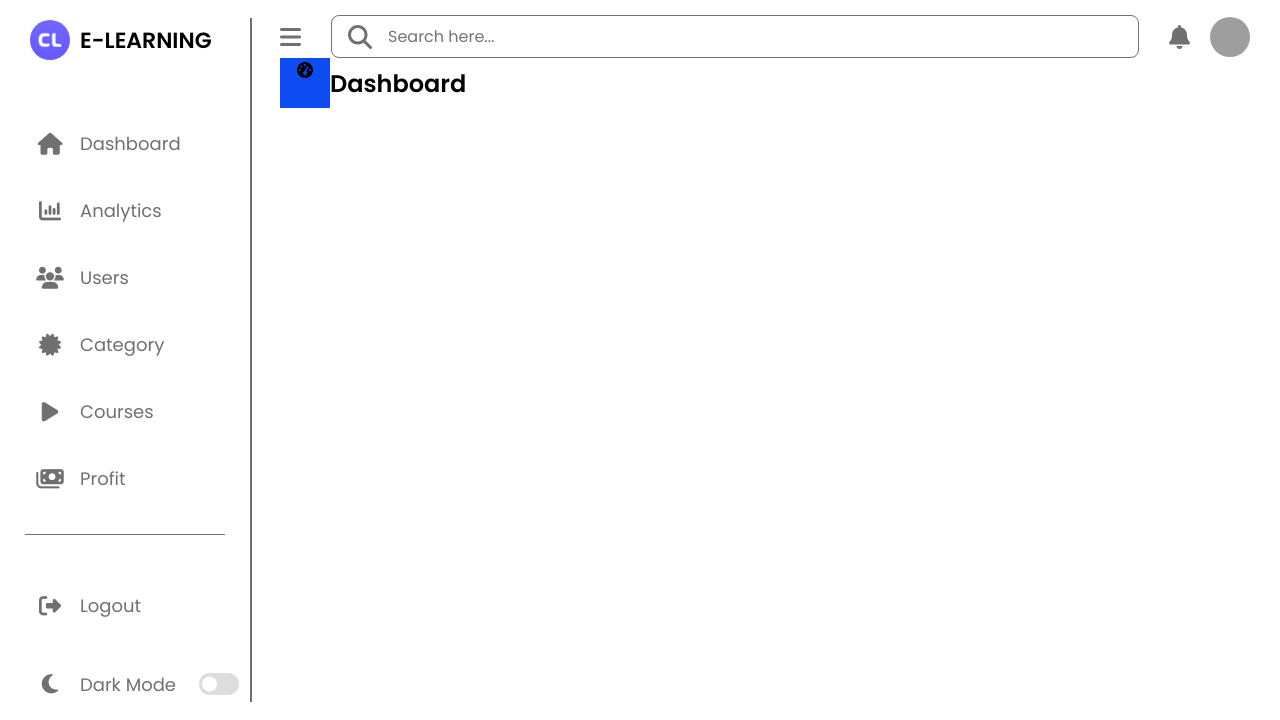
Repository: phamngocthang/practice-html-css
Page: Admin/dist/index.html
An editor plug-in stored every save of this project. The page is shown before and after the next save, followed by the edit.
The browser window is 1280 px wide. The pictures show the whole page.
Pictures or frames that could not be fetched are drawn as grey boxes. The style sheet was rebuilt from its Sass, Less or Tailwind sources for each picture, by a compiler version that may differ from the author's.

Above is the page before, as saved 2023-10-25 02:13:13.

After the next save:
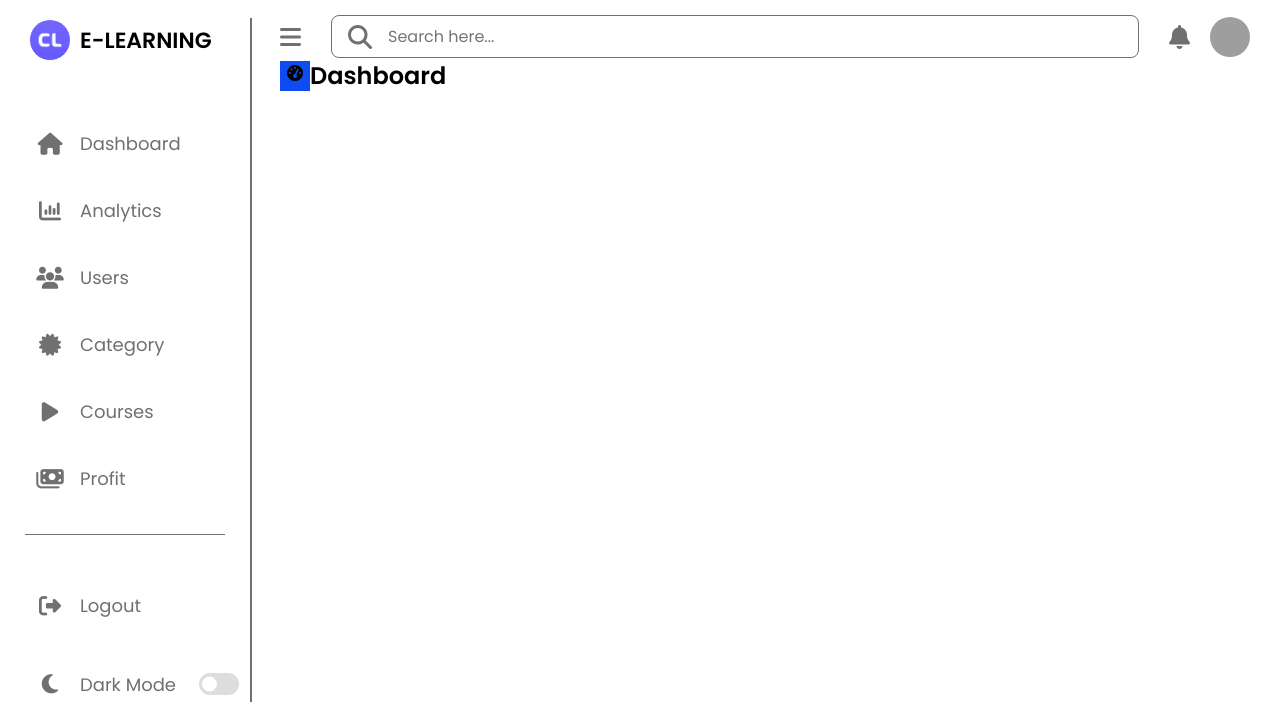
Saved 11 s later.
--- a/Admin/scss/main.scss
+++ b/Admin/scss/main.scss
@@ -297,8 +297,8 @@ nav.close {
                 display: flex;
                 align-items: center;
                 &__logo {
-                    height: 50px;
-                    width: 50px;
+                    height: 30px;
+                    width: 30px;
                     text-align: center;
                     background-color: var(--primary-color);
                     i {
